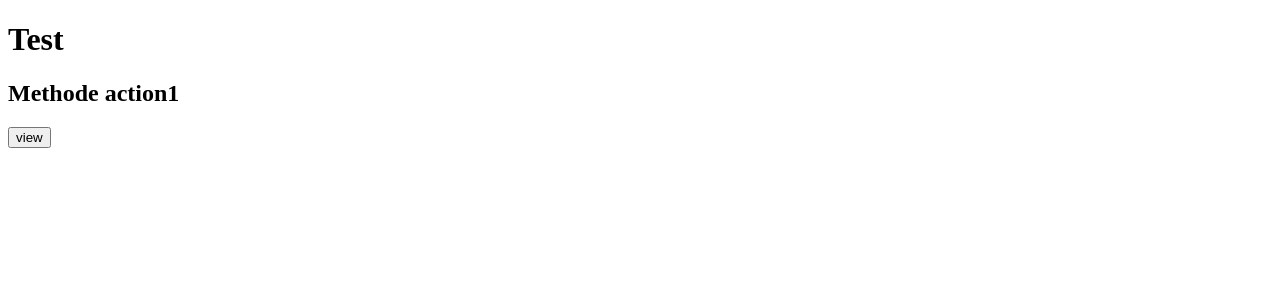
Repository: SenhajiMahmoud/SalimProject
Page: SalimProj/pizzSal/src/main/webapp/test.html
These files come from the project's save history. The page is drawn as it stood at one moment and after the next save; the edit follows.
The browser window is 1280 px wide. The pictures show the whole page.

Above is the page before, as saved 2016-02-07 00:57:40.

After the next save:
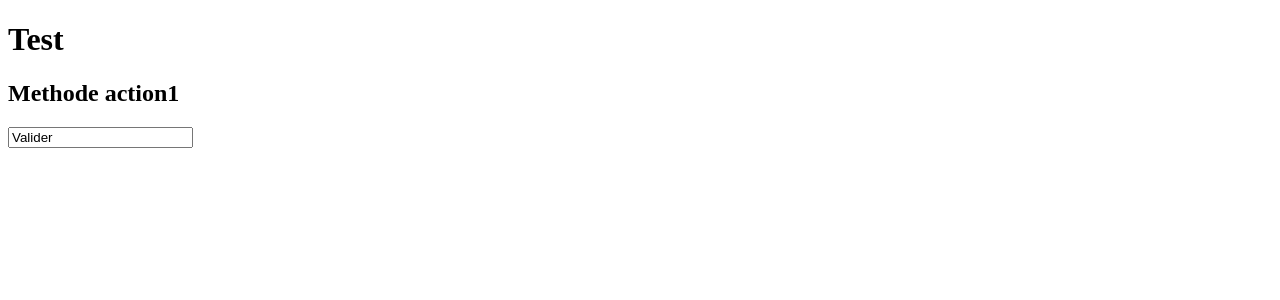
Saved 61 s later.
--- a/SalimProj/pizzSal/src/main/webapp/test.html
+++ b/SalimProj/pizzSal/src/main/webapp/test.html
@@ -10,7 +10,7 @@
 	<form action="/a01.do">
 		<h2>Methode action1</h2>
 
-		<button>view</button>
+		<input type="text" value="Valider">
 	</form>
 </body>
 </html>
